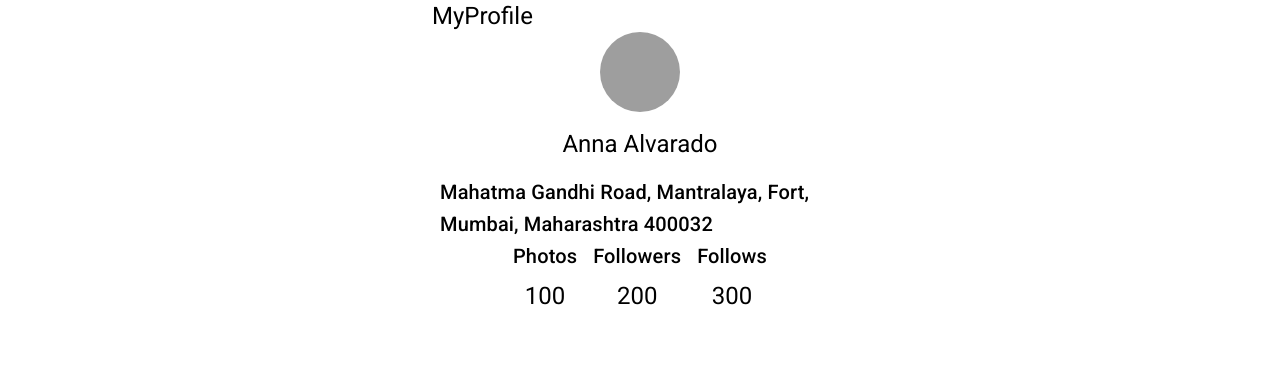
Repository: GokulDev4U/Immence_task
Page: /myProfile
An editor plug-in stored every save of this project. The page is shown before and after the next save, followed by the edit.
The browser window is 1280 px wide. The pictures show the whole page.
Pictures or frames that could not be fetched are drawn as grey boxes. The project was rebuilt for these pictures with package versions that can differ from the ones it lists, and the page was loaded fresh each time. Also part of the build but not shown: src/App.css, src/components/SinglePost/SinglePost.jsx, src/data/posts.js, src/components/Home/Home.jsx, src/data/userdata.js, src/components/ConversationList/ConversationList.jsx, src/components/Conversation/Conversation.jsx.

Above is the page before, as saved 2022-05-07 17:44:39.

After the next save:
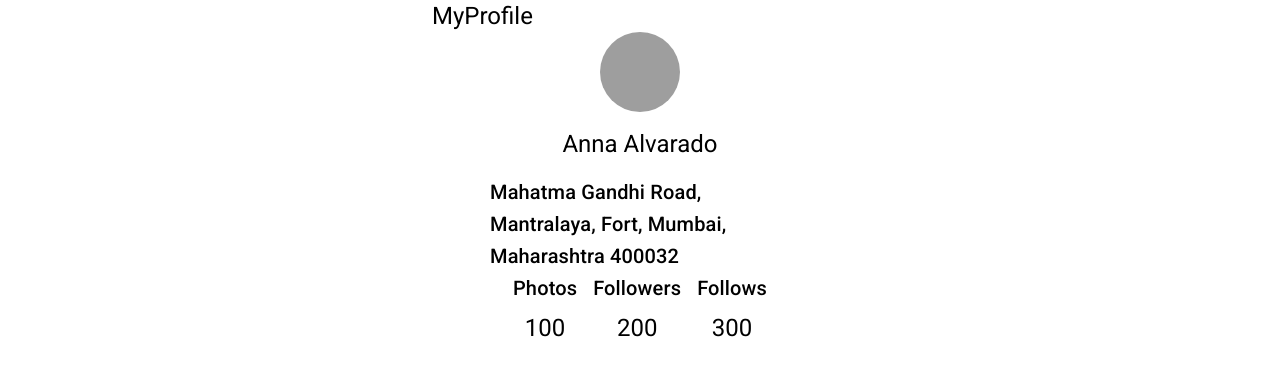
Saved 11 s later.
--- a/src/components/MyProfile/MyProfile.jsx
+++ b/src/components/MyProfile/MyProfile.jsx
@@ -17,7 +17,7 @@ const MyProfile = () => {
                     <Stack direction="column" spacing={2} sx={{ alignItems: 'center' }}>
                         <Avatar alt="Remy Sharp" sx={{ width: 80, height: 80 }} src="https://static.remove.bg/remove-bg-web/a8b5118d623a6b3f4b7813a78c686de384352145/assets/start_remove-c851bdf8d3127a24e2d137a55b1b427378cd17385b01aec6e59d5d4b5f39d2ec.png" />
                         <Typography variant="h5">Anna Alvarado</Typography>
-                        <Typography variant="h6" sx={{ maxWidth: 400 }}>Mahatma Gandhi Road, Mantralaya, Fort, Mumbai, Maharashtra 400032</Typography>
+                        <Typography variant="h6" sx={{ maxWidth: 300 }}>Mahatma Gandhi Road, Mantralaya, Fort, Mumbai, Maharashtra 400032</Typography>
                     </Stack>
                     <Stack direction="row" spacing={2} sx={{ justifyContent: 'center' }}>
                         <Card text="Photos" number="100" />
